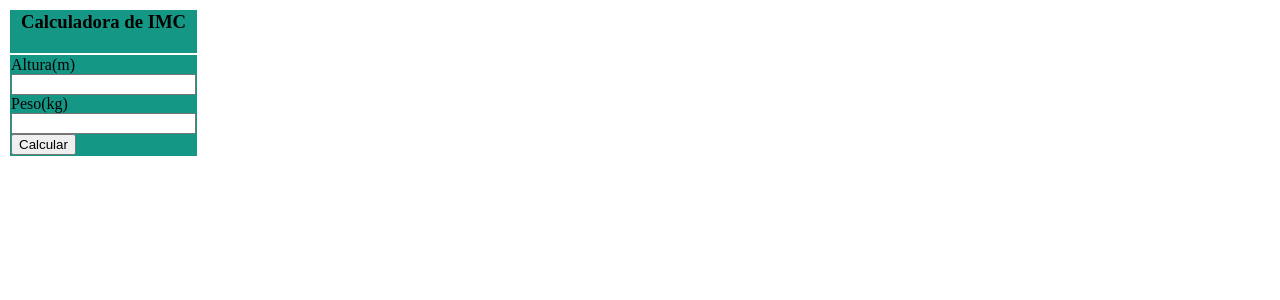
Repository: Patriciamativi/Projetos
Page: index.html
The author's editor kept a copy of each file at every save. The page is drawn from the files as they stood at one save, then again after the next save.
The browser window is 1280 px wide. The pictures show the whole page.

Above is the page before, as saved 2022-11-21 14:29:55.

After the next save:
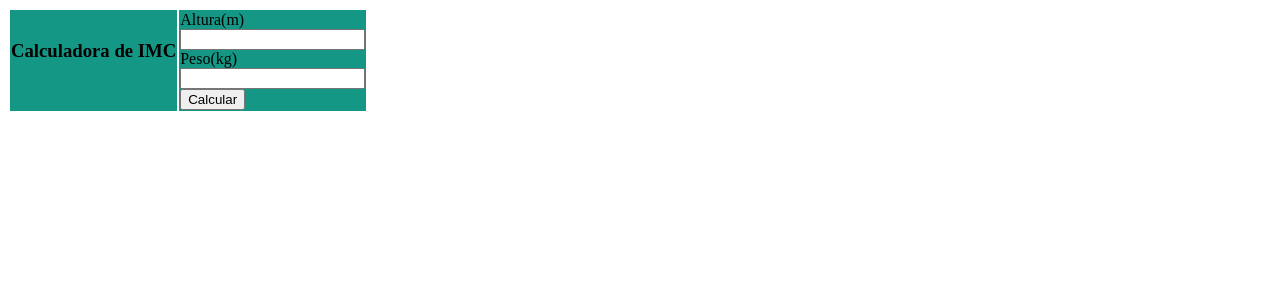
Saved 8 s later.
--- a/index.html
+++ b/index.html
@@ -17,14 +17,14 @@
     <body>
 
         <tr>
-            <th><h3>Calculadora de IMC</h3></th> </tr>
-
-        <td>Altura(m)<br/>
+            <th><h3>Calculadora de IMC</h3></th> <td>Altura(m)<br/>
             <input type: "number" > </br>
             Peso(kg)<br/>
             <input type: "number" > </br>
             <input type= "submit" value="Calcular">
   </td>
+</tr>
+
 
 
     </table>
